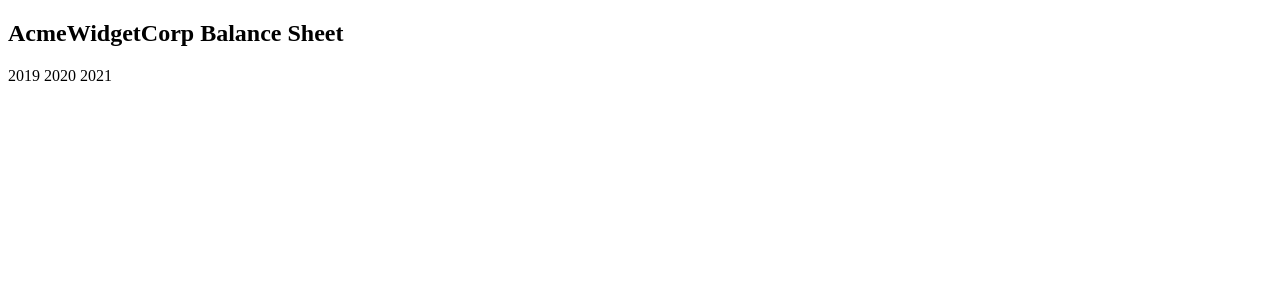
Repository: Lungdjos/balance_shee
Page: index.html
These files come from the project's save history. The page is drawn as it stood at one moment and after a run of saves; the edit follows.
The browser window is 1280 px wide. The pictures show the whole page.

Above is the page before, as saved 2023-10-30 16:38:06.

### index.html
<!DOCTYPE html>
<html lang="en">

<head>
    <meta charset="UTF-8">
    <meta name="viewport" content="width=device-width, initial-scale=1.0">
    <title>Balance Sheet</title>
    <link rel="stylesheet" href="styles.css">
</head>

<body>
    <main>
        <section>
            <h1>
                <span class="flex">
                <span>AcmeWidgetCorp</span>
                <span>Balance Sheet</span>
                </span>
            </h1>
            <div id="years" aria-hidden="true">
                <span class="year">2019</span>
                <span class="year">2020</span>
                <span class="year">2021</span>
            </div>
            <div class="table-wrap">
                <table></table>
                <table></table>
                <table></table>
            </div>
        </section>
    </main>
</body>

</html>

Loaded but not shown: styles.css (no copy from this time; the picture is the same without it)

After the next 3 saves:
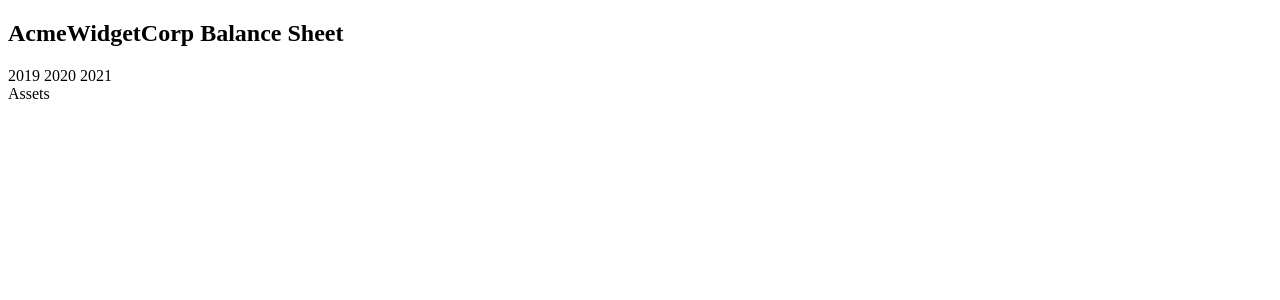
The 3 saves are shown as one change because they came seconds apart.
The last was saved 55 s later.
--- a/index.html
+++ b/index.html
@@ -23,7 +23,9 @@
                 <span class="year">2021</span>
             </div>
             <div class="table-wrap">
-                <table></table>
+                <table>
+                    <caption>Assets</caption>
+                </table>
                 <table></table>
                 <table></table>
             </div>
